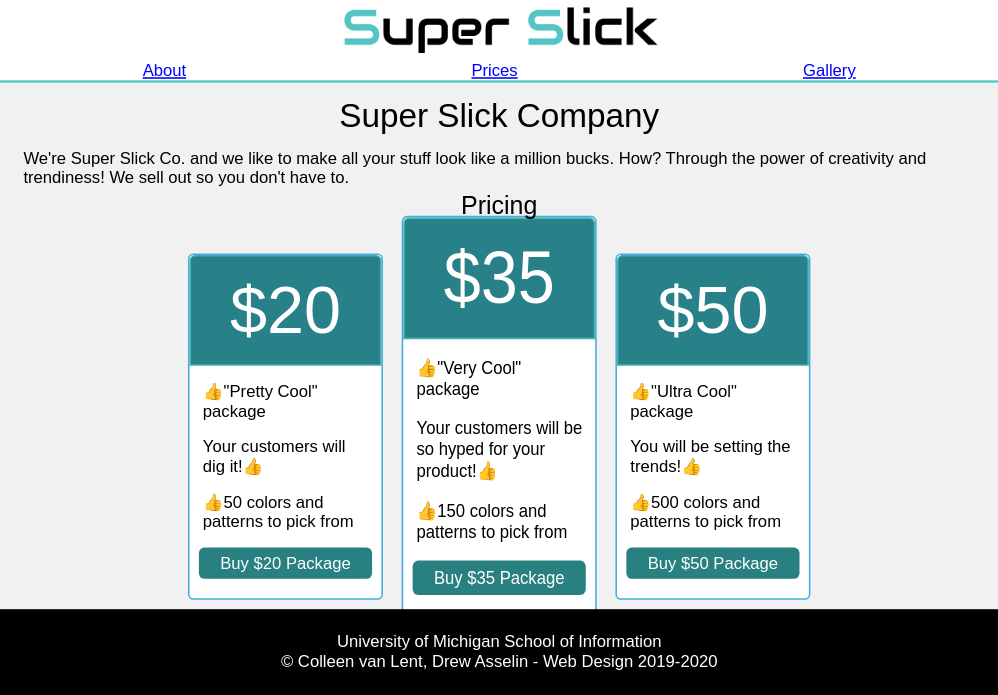
Repository: jiaqili0803/SI_539
Page: hw6-2021-main/homework.html
The author's editor kept a copy of each file at every save. The page is drawn from the files as they stood at one save, then again after the next save.
The browser window is 1280 px wide. The pictures show the whole page, at 78% of full size.
Some web fonts or font styles are not loaded; a fallback is used.

Above is the page before, as saved 2021-10-29 22:43:06.

After the next save:
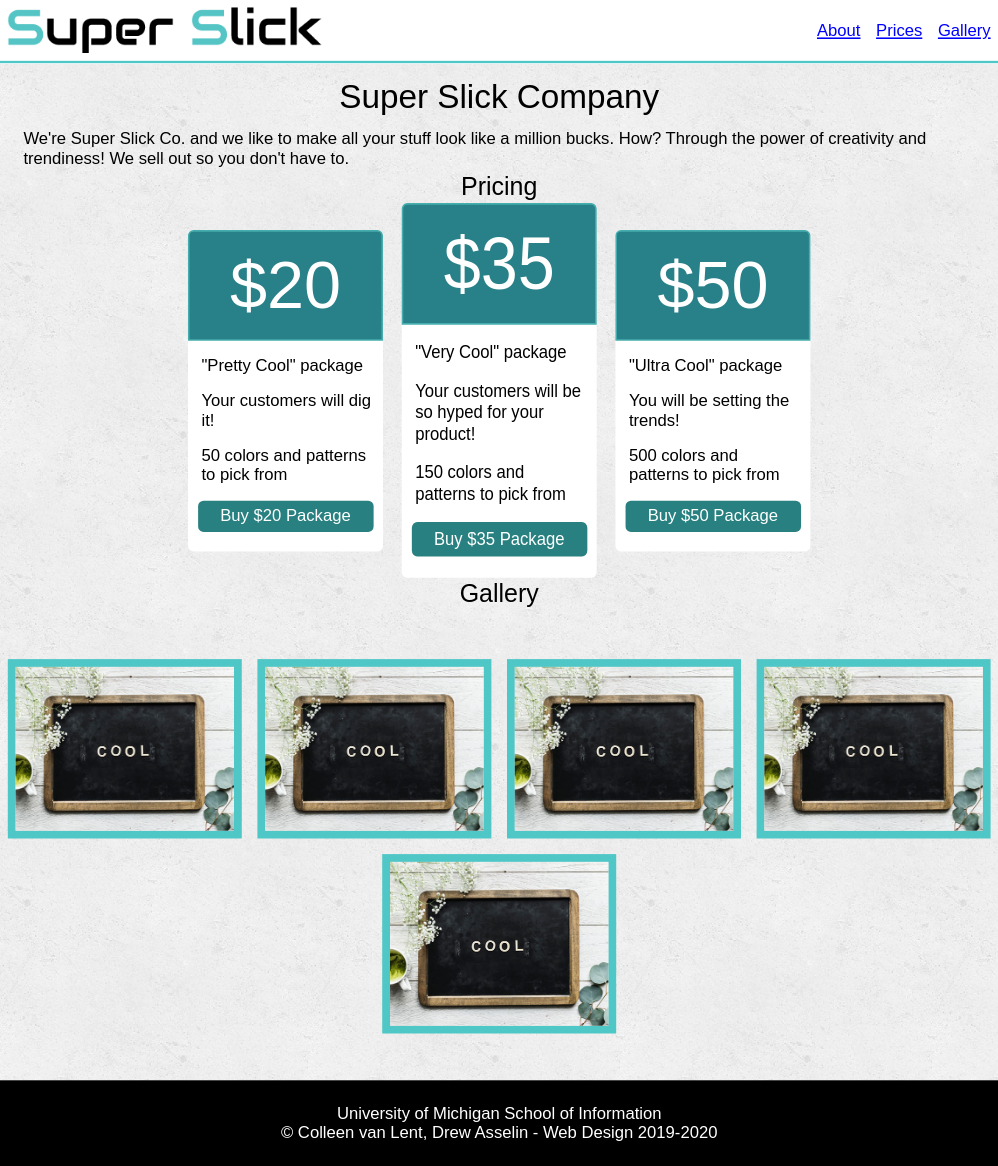
Saved 32 s later.
--- a/hw6-2021-main/css/style.css
+++ b/hw6-2021-main/css/style.css
@@ -141,7 +141,8 @@ to {
 }
 
 
-@media screen and (min-width: 1001px){
+
+@media print{
     body{
         background-image: none;
 
@@ -200,67 +201,4 @@ to {
     }
 
 
-    }
-
-
-
-@media print{
-    body{
-        background-image: none;
-
-    }
-
-    body > header{
-        display: flex;
-        flex-direction: column;
-        /* align-content: space-between; */
-    }
-
-    nav{
-        width: 100%;
-    }
-
-    .nav_links{
-        display: flex;
-        flex-direction: row;
-        justify-content: space-around;
-        align-items: center;
-    }
-
-    .pricing{
-        display: flex;
-        align-items: flex-end;
-        flex-direction: row;
-        /* flex-wrap: nowrap;  */
-
-    }
-
-    .card{
-        display: flex;
-        border: 2px solid #45ADDD;
-        flex-basis: 250px;
-
-
-        flex-direction: column;
-        /* align-self: flex-end;  */
-        /* align-self: baseline; */
-    }
-
-    .gallery{
-        display: none;
-    }
-
-    #gallery{
-        display: none;
-    }
-
-    main li:nth-child(2n-1):before {
-        content: "👍";
-      }
-
-    main li:nth-child(2n):after {
-        content: "👍";
-    }
-
-
-}
+}
